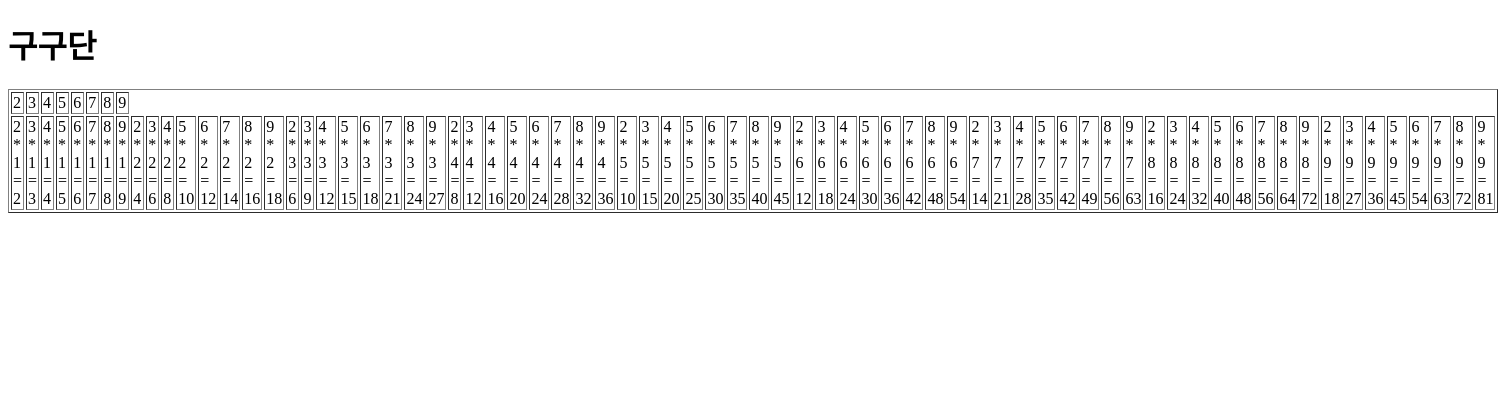
Repository: jihyeon00/java_web_sol
Page: http://localhost/jspweb_07/gugu.jsp
The author's editor kept a copy of each file at every save. The page is drawn from the files as they stood at one save, then again after the next save.
The browser window is 1280 px wide. The page is 1498 px wide, so the pictures cover 1498 px, including what lies to the right of the window. The pictures show the whole page.
The page is served by Tomcat 9.

Above is the page before, as saved 2024-01-11 02:41:18.

After the next save:
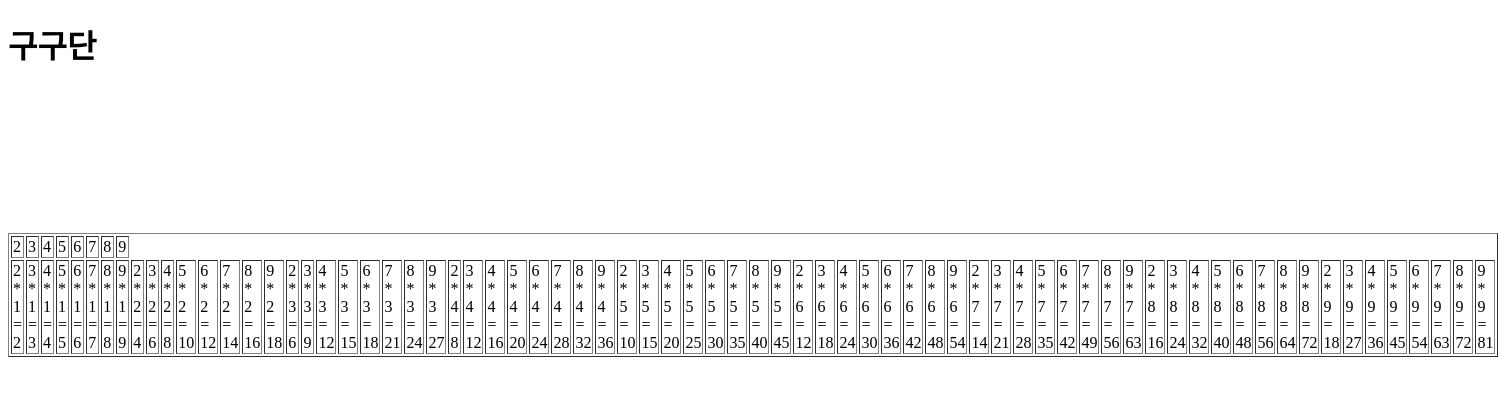
Saved 98 s later.
--- a/workspace_stsb/jspweb_07/src/main/webapp/gugu.jsp
+++ b/workspace_stsb/jspweb_07/src/main/webapp/gugu.jsp
@@ -20,6 +20,9 @@
 		for(int i = 1; i<=9;i++){
 			for(int j=2;j<=9;j++){
 				out.println("<td>"+ j + " * " + i + " = " + i*j +"</td>");
+				if(i%9==0){
+					out.println("<br>");
+				}
 			}
 		}
 		out.println("</tr>");

After the save that followed:
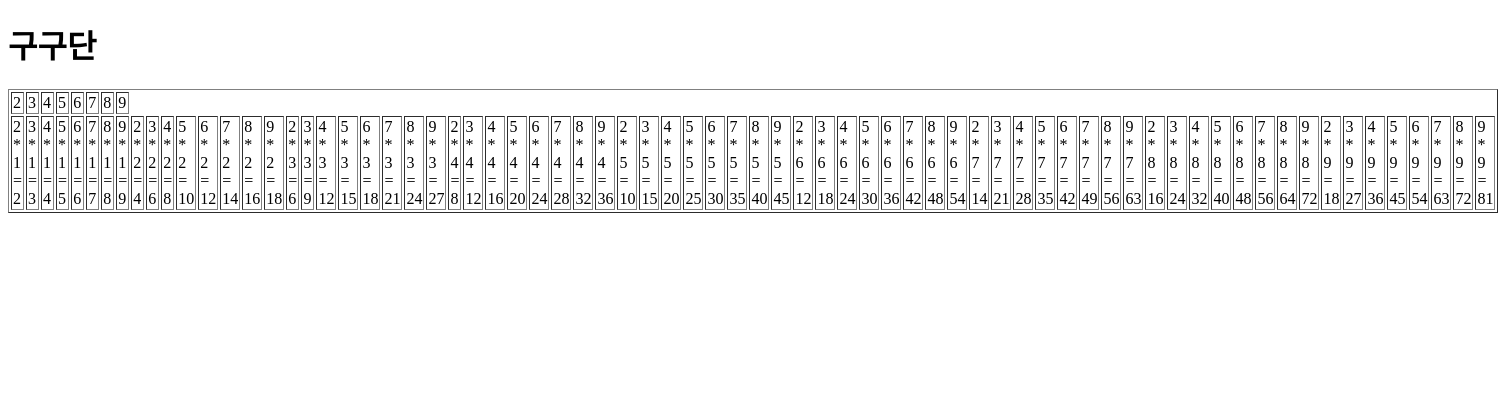
Saved 7 s later.
--- a/workspace_stsb/jspweb_07/src/main/webapp/gugu.jsp
+++ b/workspace_stsb/jspweb_07/src/main/webapp/gugu.jsp
@@ -20,9 +20,6 @@
 		for(int i = 1; i<=9;i++){
 			for(int j=2;j<=9;j++){
 				out.println("<td>"+ j + " * " + i + " = " + i*j +"</td>");
-				if(i%9==0){
-					out.println("<br>");
-				}
 			}
 		}
 		out.println("</tr>");
